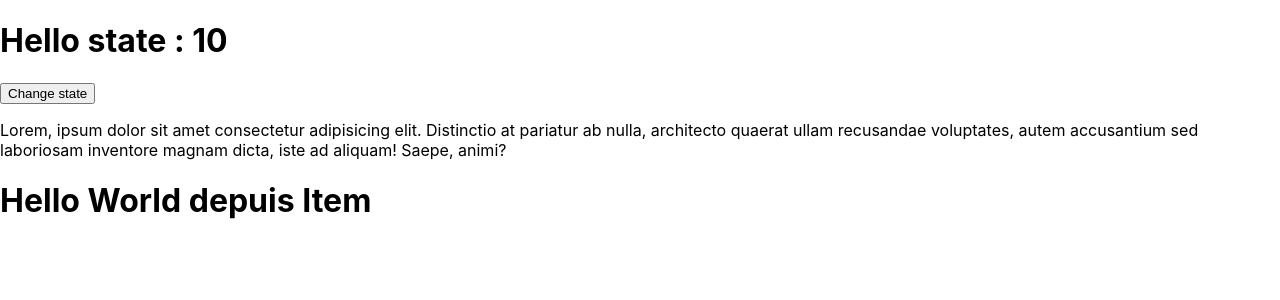
Repository: Michelhof1978/react
Page: / (app in application-react/)
These files come from the project's save history. The page is drawn as it stood at one moment and after the next save; the edit follows.
The browser window is 1280 px wide. The pictures show the whole page.
The project was rebuilt for these pictures with package versions that can differ from the ones it lists, and the page was loaded fresh each time.

Above is the page before, as saved 2023-05-13 11:04:12.

### application-react/src/index.js
//Ce fichier sert à retourner notre application dans la div root de index.html

import React from 'react';
import ReactDOM from 'react-dom/client';
import './index.css';
import App from './App';
import reportWebVitals from './reportWebVitals';

const root = ReactDOM.createRoot(document.getElementById('root'));
root.render(
  <React.StrictMode>
    <App />
  </React.StrictMode>
);


reportWebVitals();

### application-react/src/App.js
//COMPOSANT
//Le state sont les données des composants
//Pas besoins d importer React seul, on import uniquement les méthode utilisés comme useSatte par exemple
import Item from './Item'
import {useState} from 'react'//On importe useState de la librairie react pour pourvoir stocker et utiliser  des données

function App() {//Cette fonction est un composant

  // console.log(useState());
// --------------------
  const [monState, setMonState] = useState(10);//setMonState , c'est ce qui est retourné de useState dont la valeur de 10/ On appelle cela du destructuring, ici on crée une constante entre crochets à partir de ce que retourne useState en tableau monState à l index 0 et setMonState à l'index 1, à noter que les 2 index du tableau, on peut les nommer comme on veut, juste mettre set pour indiquer un changement ou une mise en place
    // console.log(monState);//Si on mets entre la parenthèses monState, il retournera 10 mais si on mets setMonState, il retournera une fonction
    // Ce code utilise React pour créer une variable d'état (state) appelée "monState" avec une valeur initiale de 10.
    //  La fonction `useState` est une fonction de crochet (hook) fournie par React qui permet de gérer l'état dans
    //  les composants fonctionnels. Lorsque vous appelez `useState(10)`, la fonction `useState` retourne un tableau
    //  avec deux éléments. Le premier élément, "monState", est la variable qui représente l'état et qui contient la
    //   valeur actuelle. Le deuxième élément, "setMonState", est une fonction qui permet de mettre à jour la valeur
    //   de l'état.En utilisant la syntaxe de décomposition (destructuring) de JavaScript, la première ligne extrait
    //    les deux éléments du tableau retourné par `useState` et les assigne aux variables correspondantes.
    // Ensuite, la ligne suivante affiche la fonction `setMonState` dans la console. Cette fonction est utilisée pour
    // modifier la valeur de "monState" ultérieurement.En résumé, ce code initialise une variable d'état "monState"
    //  avec une valeur de départ de 10 et extrait la fonction "setMonState" qui permet de mettre à jour cette valeur.
    //   La ligne suivante affiche cette fonction dans la console.
// ----------------------
    const modifyState = () => {  //On crée la fonction pour l'évéenement oneClick du bouton ci dessous
      setMonState(20);//Permet de modifier le contenu, en modifiant la valeur à 20 au lieu de 10
    }//Le composant va se mettre à jour lors du clic et passera de 10 à 20

    return (
     <div className="App">  {/* Ce n est pas du html mais du jsx, ici on ne mets pas class mais className pour du jsx*/}
      <h1>Hello state : {monState} </h1> {/*on affiche les données du state ds le conposant App*/}
      <button onClick={modifyState}>Change state</button> {/*On ajoute un événement au bouton, par contre en jsx, on rajoute on suivi de la majuscule, entre les accolades, on attents une fonction ici modifyState */}

     <p>Lorem, ipsum dolor sit amet consectetur adipisicing elit. Distinctio at pariatur ab nulla, architecto quaerat ullam recusandae voluptates, autem accusantium sed laboriosam inventore magnam dicta, iste ad aliquam! Saepe, animi?</p>
      <Item />  {/*On récupére le composant Item de Item.js */}


    </div>
  );

  //AUTRE FACON DE FAIRE LE CODE CI DESSUS MAIS BEAUCOUP MOINS COMPREHENSIBLE CE N EST PAS DU JSX MAIS DU JS
  // return React.createElement(
  //   'div',
  //   {className: 'App'},
  //   React.createElement('h1', null,
  //   'Hello')
  // )
}

export default App;

### application-react/src/Item.js
//Creation d un composant, lors de la création du fichier, on mets une majuscule au debut du nom de fichier par convention
function Item(){
    return <h1>Hello World depuis Item</h1>//Pas besoins de mettre des paranthèses pour return quand il y a qu'un seul élément

}

export default Item; //Toujours exporter le composant et on va par la suite l importer ds App.js

Loaded but not shown: application-react/public/index.html (common file); application-react/src/index.css (common file); application-react/src/reportWebVitals.js (common file)

After the next save:
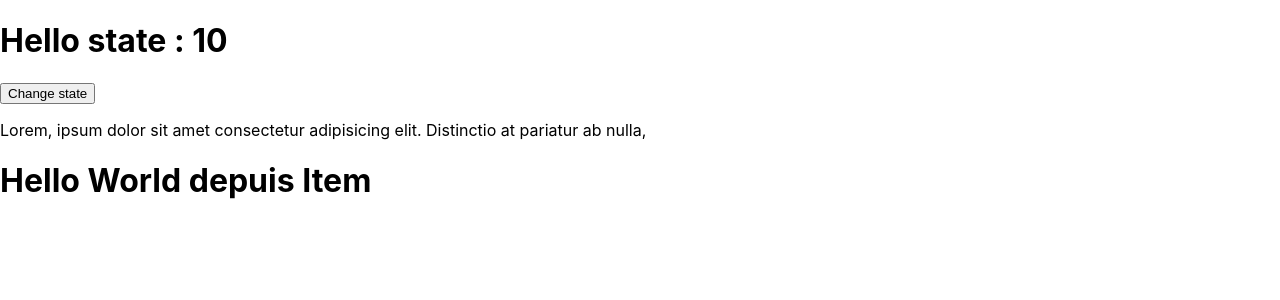
Saved 17 s later.
--- a/application-react/src/App.js
+++ b/application-react/src/App.js
@@ -31,7 +31,7 @@ function App() {//Cette fonction est un composant
       <h1>Hello state : {monState} </h1> {/*on affiche les données du state ds le conposant App*/}
       <button onClick={modifyState}>Change state</button> {/*On ajoute un événement au bouton, par contre en jsx, on rajoute on suivi de la majuscule, entre les accolades, on attents une fonction ici modifyState */}
 
-     <p>Lorem, ipsum dolor sit amet consectetur adipisicing elit. Distinctio at pariatur ab nulla, architecto quaerat ullam recusandae voluptates, autem accusantium sed laboriosam inventore magnam dicta, iste ad aliquam! Saepe, animi?</p>
+     <p>Lorem, ipsum dolor sit amet consectetur adipisicing elit. Distinctio at pariatur ab nulla, </p>
       <Item />  {/*On récupére le composant Item de Item.js */}
 
 
